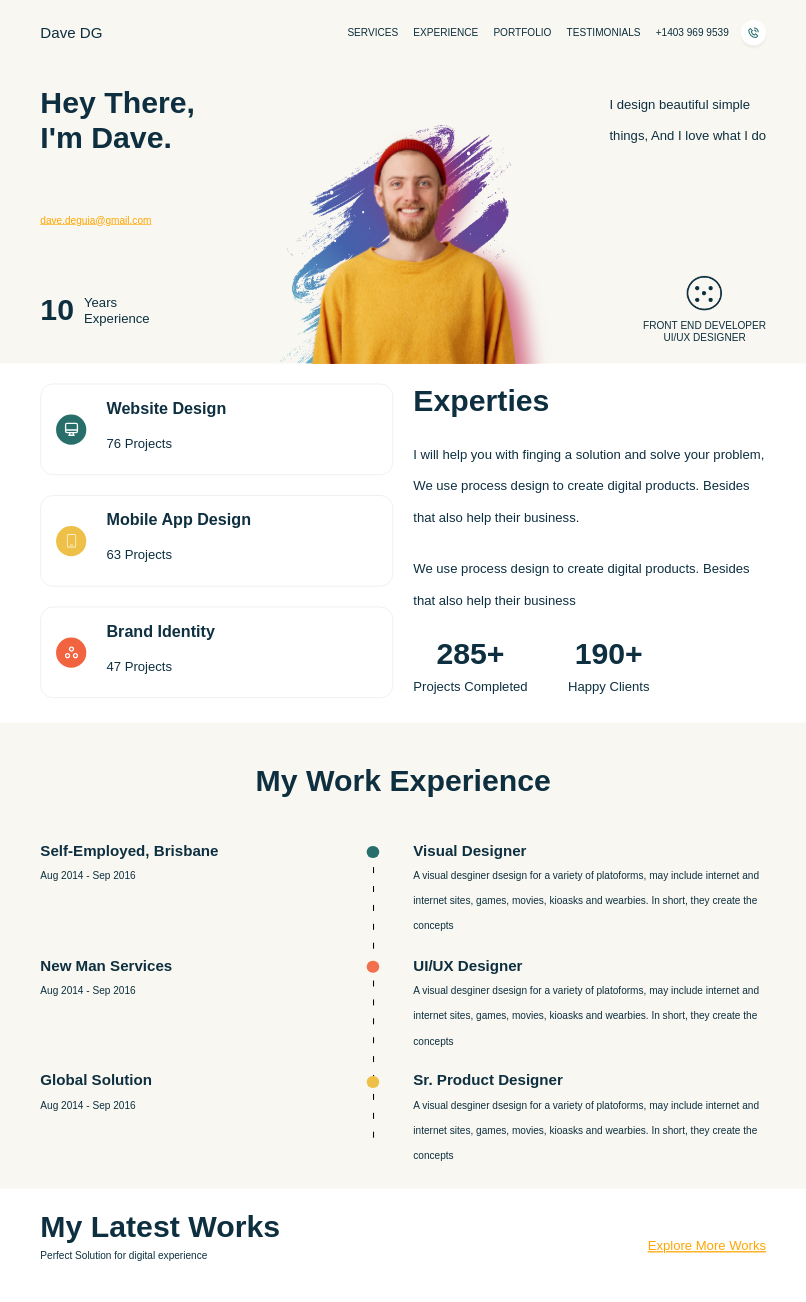
Repository: davedeguia/framer-motion-portfolio
Page: /
These files come from the project's save history. The page is drawn as it stood at one moment and after the next save; the edit follows.
The browser window is 1280 px wide. The pictures show the whole page, at 63% of full size.
Some web fonts or font styles are not loaded; a fallback is used. The project was rebuilt for these pictures with package versions that can differ from the ones it lists, and the page was loaded fresh each time. Also part of the build but not shown: vite.config.js.

Above is the page before, as saved 2023-02-10 22:13:04.

### index.html
<!DOCTYPE html>
<html lang="en">
  <head>
    <meta charset="UTF-8" />
    <link rel="icon" type="image/svg+xml" href="/vite.svg" />
    <meta name="viewport" content="width=device-width, initial-scale=1.0" />
    <link rel="stylesheet" href="https://stijndv.com/fonts/Eudoxus-Sans.css" />
      <title>Dave DG</title>
  </head>
  <body>
    <div id="root"></div>
    <script type="module" src="/src/main.jsx"></script>
  </body>
</html>

### src/main.jsx
import React from 'react'
import ReactDOM from 'react-dom/client'
import App from './App'
import './styles/index.css'
import './styles/global.scss'

ReactDOM.createRoot(document.getElementById('root')).render(
  <React.StrictMode>
    <App />
  </React.StrictMode>
)

### src/App.jsx
import Experties from './components/Experties/Experties'
import Header from './components/Header/Header'
import Hero from './components/Hero/Hero'
import Portfolio from './components/Portfolio/Portfolio'
import Works from './components/Works/Works'
import css from './styles/app.module.scss'

const App = () => {
  return (
    <div className={`bg-primary ${css.container}`}>
      <Header />
      <Hero />
      <Experties />
      <Works />
      <Portfolio />
    </div>
  )
}

export default App

### src/styles/index.css
* {
    margin: 0;
    padding: 0;
    box-sizing: border-box;
    scroll-behavior: smooth;
    font-family: "Eudoxus Sans", sans-serif;
  }

### src/styles/global.scss
@import './constants.scss';

.bg-primary {
  background: #F8F7F1;
}

.innerWidth {
  @media (min-width: $xxl) {
    max-width: 1280px;
    margin: auto;
  }

  width: 100%;
}

.paddings {
  @media (min-width: $sm) {
    padding: 4rem;
  }


  @media (min-width: $xl),
  (min-width: $md) {
    padding-top: 2rem;
    padding-bottom: 2rem;
  }

  padding-left: 1.5rem;
  padding-right: 1.5rem;
  padding-top: 1.5rem;
  padding-bottom: 1.5rem;
}



.xPaddings {
  @media (min-width: $sm) {
    padding-left: 4rem;
    padding-right: 4rem;
  }

  padding-left: 1.5rem;
  /* 24px */
  padding-right: 1.5rem;
  /* 24px */
}

.yPaddings {
  @media (min-width: $sm) {
    padding-top: 4rem;
    padding-bottom: 4rem;
  }

  @media (min-width: $xl) {
    padding-top: 2rem;
    padding-bottom: 2rem;
  }

  padding-top: 3rem;
  padding-bottom: 3rem;
}

.topPaddings {
  @media (min-width : $sm) {
    padding-top: 4rem;
  }

  @media (min-width: $xl) {
    padding-top: 2rem;
  }

  padding-top: 3rem;
}


.bottomPaddings {
  @media (min-width : $sm) {
    padding-bottom: 4rem;
  }

  @media (min-width: $xl) {
    padding-bottom: 2rem;
  }

  padding-bottom: 3rem;
}


.flexCenter {
  display: flex;
  justify-content: center;
  align-items: center;
}

.flexStart {
  display: flex;
  justify-content: start;
  align-items: center;
}

.flexEnd {
  display: flex;
  justify-items: end;
}

.primaryText {
  @media (max-width: $sm) {
    font-size: 2.5rem;
  }
  font-size: 3rem;
  font-weight: bold;
}

.secondaryText {
  @media (max-width: $sm) {
    font-size: 1.1rem;
    line-height: 40px;
  }
  line-height: 50px;
  font-size: 1.3rem;
  font-weight: 500
}
.anchor {
  display: block;
  position: relative;
  top: -100px;
  visibility: hidden;
}

### src/components/Experties/Experties.jsx
import React from 'react'
import css from './Experties.module.scss'
import { projectExperience, WhatDoIHelp } from '../../utils/data'
import { motion } from 'framer-motion'
import { fadeIn, staggerContainer, textVariant } from '../../utils/motion.js'

const Experties = () => {
  return (
    <motion.section
      variants={staggerContainer}
      initial='hidden'
      whileInView='show'
      viewport={{ once: false, amount: 0.25 }}
      className={css.wrapper}
    >
      <div
        className={`paddings yPaddings flexCenter innerWidth ${css.container}`}
      >
        <div className={css.leftSide}>
          {projectExperience.map((exp, i) => {
            return (
              <motion.div
                variants={fadeIn('right', 'tween', (i + 1) * 0.2, 1)}
                className={css.exp}
                key={i}
              >
                <div className='flexCenter' style={{ background: exp.bg }}>
                  <exp.icon size={25} color='white' />
                </div>

                <div>
                  <span>{exp.name}</span>
                  <span className='secondaryText'>{exp.projects} Projects</span>
                </div>
              </motion.div>
            )
          })}
        </div>
        <motion.div variants={textVariant(0.5)} className={css.rightSide}>
          <span className='primaryText'>Experties </span>
          {WhatDoIHelp.map((paragraph, i) => {
            return (
              <span className='secondaryText' key={i}>
                {paragraph}
              </span>
            )
          })}

          <div className={`flexCenter ${css.stats}`}>
            <div className={`flexCenter ${css.stat}`}>
              <span className='primaryText'>285+</span>
              <span className='secondaryText'>Projects Completed</span>
            </div>

            <div className={`flexCenter ${css.stat}`}>
              <span className='primaryText'>190+</span>
              <span className='secondaryText'>Happy Clients</span>
            </div>
          </div>
        </motion.div>
      </div>
    </motion.section>
  )
}

export default Experties

### src/components/Header/Header.jsx
import React, { useState, useRef } from 'react'
import css from './Header.module.scss'
import { BiMenuAltRight, BiPhoneCall } from 'react-icons/bi'
import { motion } from 'framer-motion'
import { getMenuStyles, headerVariants } from '../../utils/motion'
import useOutsideAlerter from '../../hooks/useOutsideAlerter'
import useHeaderShadow from '../../hooks/useHeaderShadow'

const Header = () => {
  const menuRef = useRef(null)
  const [menuOpened, setMenuOpened] = useState(false)
  const headerShadow = useHeaderShadow()

  //to handle click outside of sidebar on mobile
  useOutsideAlerter({
    menuRef,
    setMenuOpened,
  })

  return (
    <motion.div
      initial='hidden'
      whileInView='show'
      variants={headerVariants}
      viewport={{ once: false, amount: 0.25 }}
      className={`bg-primary paddings ${css.wrapper}`}
      style={{ boxShadow: headerShadow }}
    >
      <div className={`flexCenter innerWidth ${css.container}`}>
        <div className={css.name}>Dave DG</div>
        <ul
          style={getMenuStyles(menuOpened)}
          className={`flexCenter ${css.menu}`}
        >
          <li>
            <a href='#experties'>Services</a>
          </li>

          <li>
            <a href='#work'>Experience</a>
          </li>

          <li>
            <a href='#portfolio'>Portfolio</a>
          </li>

          <li>
            <a href='#people'>Testimonials</a>
          </li>

          <li className={`flexCenter ${css.phone}`}>
            <p>+1403 969 9539</p>
            <BiPhoneCall size={'40px'} />
          </li>
        </ul>
        {/* for medium and small screens */}
        <div
          className={css.menuIcon}
          onClick={() => setMenuOpened((prev) => !prev)}
        >
          <BiMenuAltRight size={30} />
        </div>
      </div>
    </motion.div>
  )
}

export default Header

### src/components/Hero/Hero.jsx
import React from 'react'
import css from './Hero.module.scss'
import { motion } from 'framer-motion'
import { fadeIn, slideIn, staggerContainer } from '../../utils/motion'

const Hero = () => {
  return (
    <section className={`paddings ${css.wrapper}`}>
      <motion.div
        variants={staggerContainer}
        initial='hidden'
        whileInView='show'
        viewport={{ once: false, amount: 0.25 }}
        className={`innerWidth ${css.container}`}
      >
        {/* upper elements */}
        <div className={css.upperElements}>
          <motion.span
            variants={fadeIn('right', 'tween', 0.2, 1)}
            className='primaryText'
          >
            Hey There, <br /> I'm Dave.
          </motion.span>
          <motion.span
            variants={fadeIn('left', 'tween', 0.4, 1)}
            className='secondaryText'
          >
            I design beautiful simple <br /> things, And I love what I do
          </motion.span>
        </div>

        {/* person image */}
        <motion.div
          variants={fadeIn('up', 'tween', 0.3, 1)}
          className={css.person}
        >
          <motion.img
            variants={slideIn('up', 'tween', 0.5, 1.3)}
            src='./person.png'
            alt=''
          />
        </motion.div>

        {/* email */}
        <a className={css.email} href='mailto:dave.deguia@gmail.com'>
          dave.deguia@gmail.com
        </a>

        {/* lower elements */}
        <div className={css.lowerElements}>
          <div className={css.experience}>
            <div className='primaryText'>10</div>
            <div className='secondaryText'>
              <div>Years</div>
              <div>Experience</div>
            </div>
          </div>
          <div className={css.certificate}>
            <img src='./certificate.png' alt='' />
            <span>FRONT END DEVELOPER</span>
            <span>UI/UX DESIGNER</span>
          </div>
        </div>
      </motion.div>
    </section>
  )
}

export default Hero

### src/components/Portfolio/Portfolio.jsx
import React from 'react'
import css from './Portfolio.module.scss'
import { motion } from 'framer-motion'
import { fadeIn, staggerChildren } from '../../utils/motion.js'

const Portfolio = () => {
  return (
    <motion.section
      variants={staggerChildren}
      initial='hidden'
      whileInView='show'
      viewport={{ once: false, amount: 0.25 }}
      className={`paddings ${css.wrapper}`}
    >
      <div className={`innerWidth flexCenter ${css.container}`}>
        <div className={`flexCenter ${css.heading}`}>
          <div>
            <span className='primaryText'>My Latest Works</span>
            <p style={{ marginTop: '10px' }}>
              Perfect Solution for digital experience
            </p>
          </div>
          <span className='secondaryText'>Explore More Works</span>
        </div>

        {/* images */}
        <div className={`flexCenter ${css.showCase}`}>
          {/* <motion.img
            variants={fadeIn('up', 'tween', 0.5, 0.6)}
            src='./showCase1.png'
            alt='project'
          />
          <motion.img
            variants={fadeIn('up', 'tween', 0.7, 0.6)}
            src='./showCase2.png'
            alt='project'
          />
          <motion.img
            variants={fadeIn('up', 'tween', 0.9, 0.6)}
            src='./showCase3.png'
            alt='project'
          /> */}
        </div>
      </div>
    </motion.section>
  )
}

export default Portfolio

### src/components/Works/Works.jsx
import React from 'react'
import { workExp } from '../../utils/data'
import css from './Works.module.scss'
import { motion } from 'framer-motion'
import {
  fadeIn,
  staggerChildren,
  textVariant2,
  zoomIn,
} from '../../utils/motion'
const Works = () => {
  return (
    <motion.section
      variants={staggerChildren}
      initial='hidden'
      whileInView='show'
      viewport={{ once: false, amount: 0.25 }}
      className={`paddings ${css.wrapper}`}
    >
      <a className='anchor' id='work'></a>

      <div className={`innerWidth flexCenter ${css.container}`}>
        {/* heading */}
        <span className='primaryText yPaddings'>My Work Experience</span>

        <div className={`flexCenter ${css.experiences}`}>
          {workExp.map((exp, i) => {
            return (
              <motion.div
                variants={textVariant2}
                key={i}
                className={`flexCenter ${css.exp}`}
              >
                <div className={css.post}>
                  <h1>{exp.place}</h1>
                  <p>{exp.tenure}</p>
                </div>
                <div className={css.role}>
                  <h1>{exp.role}</h1>
                  <p>{exp.detail}</p>
                </div>
              </motion.div>
            )
          })}

          <motion.div variants={zoomIn(1, 1)} className={css.progressbar}>
            <motion.div
              variants={fadeIn('down', 'tween', 2, 1.5)}
              className={css.line}
            ></motion.div>
            <div>
              <div
                className={css.circle}
                style={{ background: '#286F6C' }}
              ></div>
            </div>
            <div>
              <div
                className={css.circle}
                style={{ background: '#F2704E' }}
              ></div>
            </div>
            <div>
              <div
                className={css.circle}
                style={{ background: '#EEC048' }}
              ></div>
            </div>
          </motion.div>
        </div>
      </div>
    </motion.section>
  )
}

export default Works

### src/styles/app.module.scss
@import './constants.scss';

.container{
    overflow-x: clip;
    position: relative;
    color: $primary;

}

### src/components/Experties/Experties.module.scss
@import './../../styles/constants.scss';

.wrapper {
    background: white;

    .container {
        align-items: flex-start;
        gap: 2rem;
        flex-wrap: wrap;
        >div {
            flex: 1;
        }

        .leftSide {
            display: flex;
            flex-direction: column;
            gap: 2rem;

            .exp {
                display: flex;
                align-items: center;
                border: 1px solid $secondary-white;
                border-radius: 20px;
                padding: 1.5rem;
                gap: 2rem;
                transition: all 200ms ease-out;

                &hover {
                    cursor: pointer;
                    box-shadow: 0px 21px 13px rgba(0, 0, 0, 0.04);
                }

                //icon circles
                >:nth-child(1) {
                    padding: 10px;
                    width: 3rem;
                    height: 3rem;
                    border-radius: 999px;
                }

                //description
                >:nth-child(2) {
                    display: flex;
                    flex-direction: column;
                    gap: 1rem;

                    >:nth-child(1) {
                        font-size: 1.6rem;
                        font-weight: bold;
                    }
                }

            }
        }

        .rightSide {
            @media (max-width: $sm) {
                text-align: center;
            }
            display: flex;
            flex-direction: column;
            gap: 2rem;

            .stats {
                justify-content: flex-start;
                gap: 4rem;

                .stat {
                    flex-direction: column;
                    justify-content: flex-start;
                }
            }
        }
    }
}

### src/components/Header/Header.module.scss
@import './../../styles/constants.scss';

.wrapper {
    position: relative;
    z-index: 99;
    opacity: 1;
    transform: none;
    position: sticky;
    top: 0px;
    transition: all 300ms ease;

    .container {
        position: relative;
        justify-content: space-between;
        font-weight: 500;

        .name {
            font-size: 1.5rem;
            font-weight: 500;
        }

        .menu {

            @media (max-width: $sm),
            (max-width: $md) {
                position: absolute;
                list-style: none;
                gap: 2rem;
                font-weight: 500;
                flex-direction: column;
                right: 0;
                top: 3rem;
                height: calc(100vh - 6.3rem);
                width: 50%;
                min-width: 15rem;
                background: white;
                padding: 2rem;
                display: flex;
                border-radius: 10px;
                transition: all 200ms ease;
                align-items: flex-start;
                padding: 3rem;
                justify-content: flex-start;
                box-shadow: 0px 4px 4px rgba(0, 0, 0, 0.05);
            }

            text-transform: uppercase;
            font-size: 1rem;
            list-style: none;
            gap: 1.5rem;
            cursor: pointer;

            li {
                a {
                    color: inherit;
                    text-decoration: none;
                }

                &:hover {
                    color: $secondary;
                }
            }

            .phone {
                gap: 1.2rem;
                flex-wrap: wrap;

                svg {
                    color: $secondary;
                    background-color: white;
                    padding: 10px;
                    border-radius: 999px;
                    box-shadow: 0px 4px 4px rgba(0, 0, 0, 0.05);
                }
            }
        }



        .menuIcon {

            @media (max-width: $sm),
            (max-width: $md) {
                display: block;
            }

            display: none;
        }
    }
}

### src/hooks/useOutsideAlerter.jsx
import { useEffect, useState } from "react";

export default function useOutsideAlerter({menuRef, setMenuOpened}) {
  const viewport_width = document.documentElement.clientWidth;
  useEffect(() => {
    /**
     * Alert if clicked on outside of element
     */
    function handleClickOutside(event) {
      if (menuRef.current && !menuRef.current.contains(event.target)) {
        if (viewport_width <= 640) {
            setMenuOpened(false);
        }
      }
    }
    // Bind the event listener
    document.addEventListener("mousedown", handleClickOutside);
    return () => {
      // Unbind the event listener on clean up
      document.removeEventListener("mousedown", handleClickOutside);
    };
  }, [menuRef]);

}

### src/components/Hero/Hero.module.scss
@import './../../styles/constants.scss';

.wrapper {
    overflow: hidden;

    .container {
        position: relative;
        z-index: 1;

        .upperElements {
            @media (max-width: $sm) {
                justify-content: center;
                text-align: center;
                gap: 2rem;
            }
            display: flex;
            align-items: center;
            justify-content: space-between;
            flex-wrap: wrap;
        }

        .lowerElements {
            @media (max-width: $sm), (max-width: $md) {
                margin-top: 4rem;
                gap: 2rem;
                justify-content: center;
            }
            margin-top: 12rem;
            display: flex;
            flex-wrap: wrap;
            justify-content: space-between;

            .experience {
                display: flex;
                align-items: center;
                gap: 1rem;

                >:nth-child(2) {
                    line-height: 25px;
                }
            }

            .certificate {
                display: flex;
                flex-direction: column;
                align-items: center;

                img {
                    margin-bottom: 1rem;
                    width: 3.5rem;
                }
            }
        }

        .person {
            @media (max-width: $sm), (max-width: $md) {
                position: relative;
                left: 0;
                background-size: 20rem;
                display: flex;
                align-items: center;
                justify-content: center;
                background-position: bottom;
            }
            position: absolute;
            bottom: -2rem;
            margin: auto;
            background-image: url('../splash.png');
            background-repeat: no-repeat;
            background-size: 23rem;
            left: 33%;

            img {
                @media (max-width: $sm) {
                    width: 23rem;
                }
                margin-bottom: -5px;
            }
        }

        .email {
            @media (max-width: $sm) {
                position: relative;
                display: none;
            }
            position: absolute;
            top: 50%;
            color: orange;
            left: 0;
        }
    }
}

### src/components/Portfolio/Portfolio.module.scss
@import './../../styles/constants.scss';

.wrapper {
    background: white;
    overflow: hidden;

    .container {
        flex-direction: column;
        gap: 2rem;

        .heading {
            width: 100%;
            justify-content: space-between;
            align-items: flex-end;
            flex-wrap: wrap;
            >:nth-child(2)
            {
                text-decoration: underline;
                color: orange;
                cursor: pointer;

            }
        }

        .showCase {
            width: 100%;
            gap: 1.5rem;
            justify-content: space-around;
            flex-wrap: wrap;
            >img {

                @media (max-width: $sm) {
                    width: 100%;
                }
                border-radius: 20px;
                max-width: 25rem;
                max-height: 18rem;
                box-shadow: 0px 21px 13px rgba(0, 0, 0, 13%);
            }
        }
    }
}

### src/components/Works/Works.module.scss
@import './../../styles/constants.scss';

.wrapper {
    .container {
        flex-direction: column;
        gap: 2rem;

        .experiences {
            width: 100%;
            flex-direction: column;
            gap: 1.4rem;
            position: relative;

            .exp {
                width: 100%;
                justify-content: space-between;
                line-height: 40px;
                align-items: flex-start;

                >div {
                    flex: 1;
                }

                .role {
                    margin-left: 2rem;
                }
            }

            .progressbar {
                position: absolute;
                height: 100%;
                display: flex;
                flex-direction: column;
                gap: 1.4rem;
                left: 45%;

                .line {
                    position: absolute;
                    height: 92%;
                    width: 2px;
                    background-image: linear-gradient(black 33%, rgba(255, 255, 255, 0) 0%);
                    background-position: right;
                    background-size: 2px 30px;
                    background-repeat: repeat-y;
                    left: 48%;
                    z-index: 1;
                    border-radius: 5px;
                }

                >div {
                    flex: 1;
                    padding-top: .8rem;
                    z-index: 2;

                    .circle {
                        border-radius: 50%;
                        background: black;
                        width: 1.2rem;
                        height: 1.2rem;
                    }
                }
            }
        }

    }
}

Loaded but not shown: src/styles/constants.scss (common file); src/hooks/useHeaderShadow.jsx (common file); src/utils/data.js (156 lines, source omitted); src/utils/motion.js (151 lines, source omitted)

After the next save:
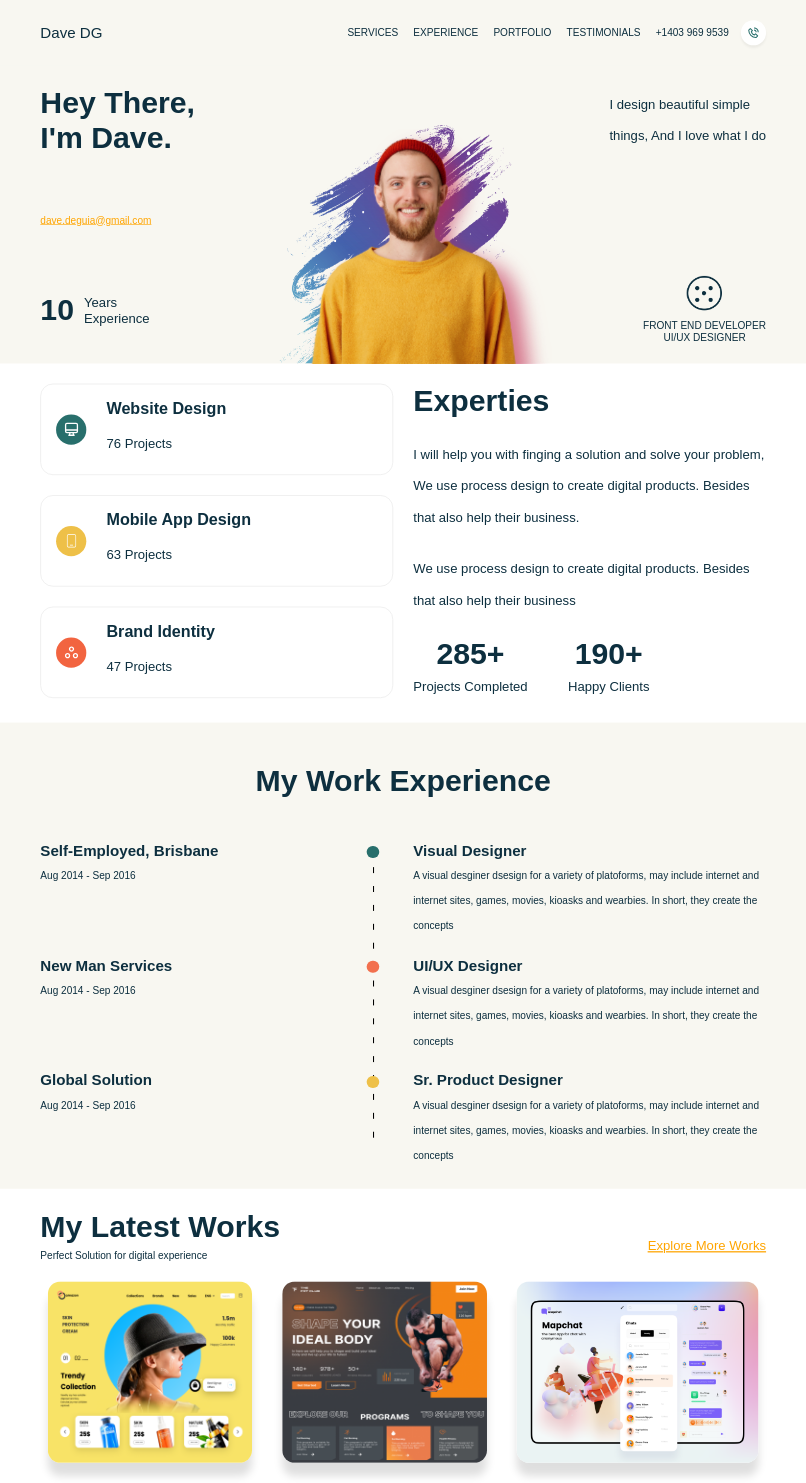
Saved 47 s later.
--- a/src/components/Portfolio/Portfolio.jsx
+++ b/src/components/Portfolio/Portfolio.jsx
@@ -25,7 +25,7 @@ const Portfolio = () => {
 
         {/* images */}
         <div className={`flexCenter ${css.showCase}`}>
-          {/* <motion.img
+          <motion.img
             variants={fadeIn('up', 'tween', 0.5, 0.6)}
             src='./showCase1.png'
             alt='project'
@@ -39,7 +39,7 @@ const Portfolio = () => {
             variants={fadeIn('up', 'tween', 0.9, 0.6)}
             src='./showCase3.png'
             alt='project'
-          /> */}
+          />
         </div>
       </div>
     </motion.section>
